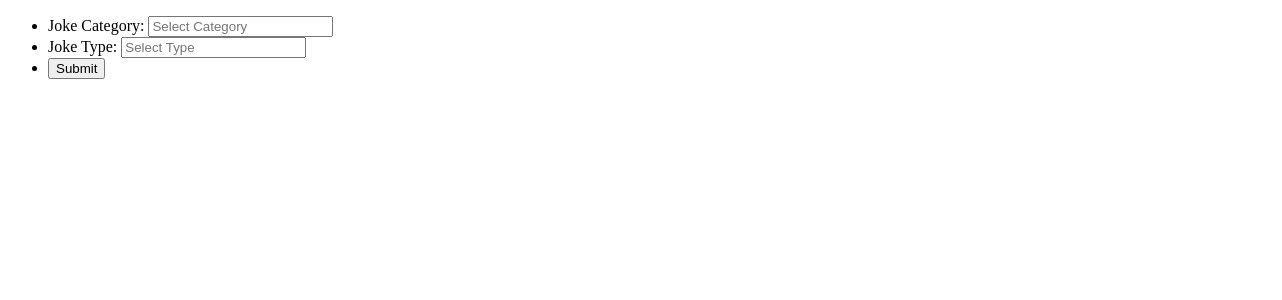
Repository: kaitlynMidori/dadJokeApi
Page: index.html
These files come from the project's save history. The page is drawn as it stood at one moment and after the next save; the edit follows.
The browser window is 1280 px wide. The page is 1280 px wide, then 1282 px, then 1280 px, so the pictures cover 1282 px, including what lies to the right of the window. The pictures show the whole page.

Above is the page before, as saved 2021-01-05 19:18:51.

After the next save:
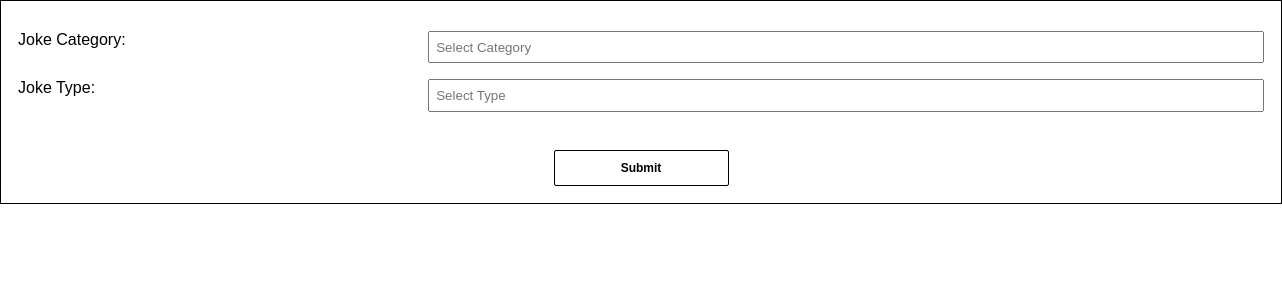
Saved 30 s later.
--- a/index.html
+++ b/index.html
@@ -6,6 +6,7 @@
     <meta name="viewport" content="width=device-width, initial-scale=1.0" />
     <meta http-equiv="X-UA-Compatible" content="ie=edge" />
     <title>Joke Finder</title>
+    <link href="style.css" rel="stylesheet" type="text/css"/>
 </head>
 
 <body>

After the save that followed:
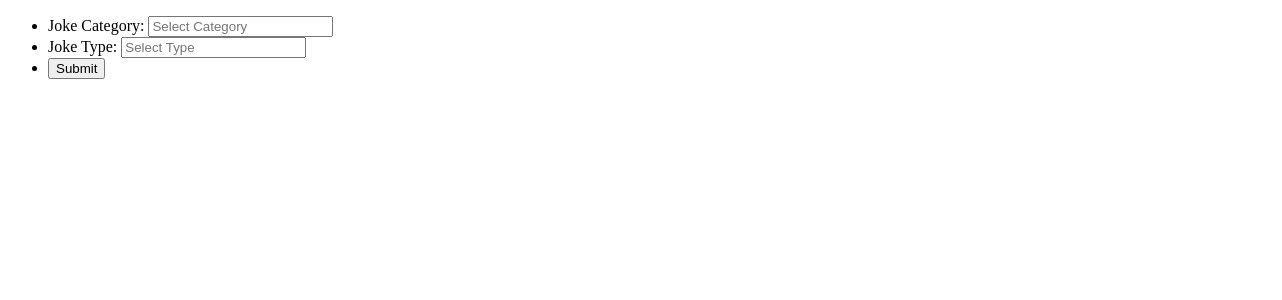
Saved 7 min 38 s later.
--- a/index.html
+++ b/index.html
@@ -6,7 +6,7 @@
     <meta name="viewport" content="width=device-width, initial-scale=1.0" />
     <meta http-equiv="X-UA-Compatible" content="ie=edge" />
     <title>Joke Finder</title>
-    <link href="style.css" rel="stylesheet" type="text/css"/>
+    <link href="style.css" rel="stylesheet" type="text"/>
 </head>
 
 <body>
